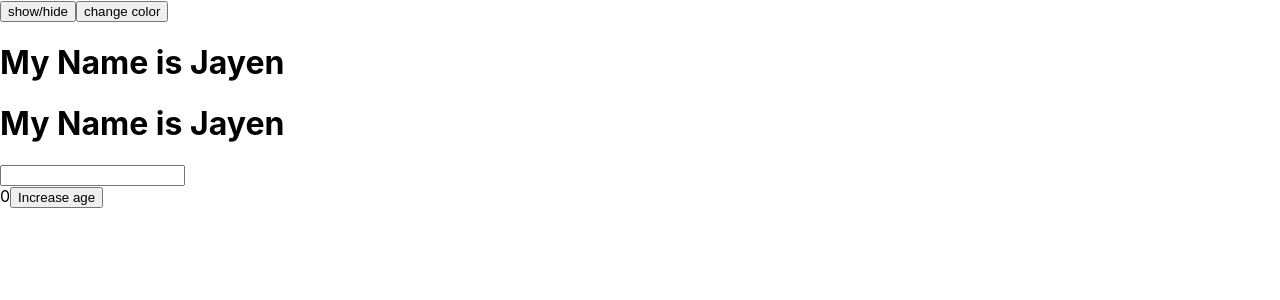
Repository: iamjayenmthakuri/todolist
Page: /
An editor plug-in stored every save of this project. The page is shown before and after the next save, followed by the edit.
The browser window is 1280 px wide. The pictures show the whole page.
The project was rebuilt for these pictures with package versions that can differ from the ones it lists, and the page was loaded fresh each time.

Above is the page before, as saved 2022-09-18 23:32:15.

After the next save:
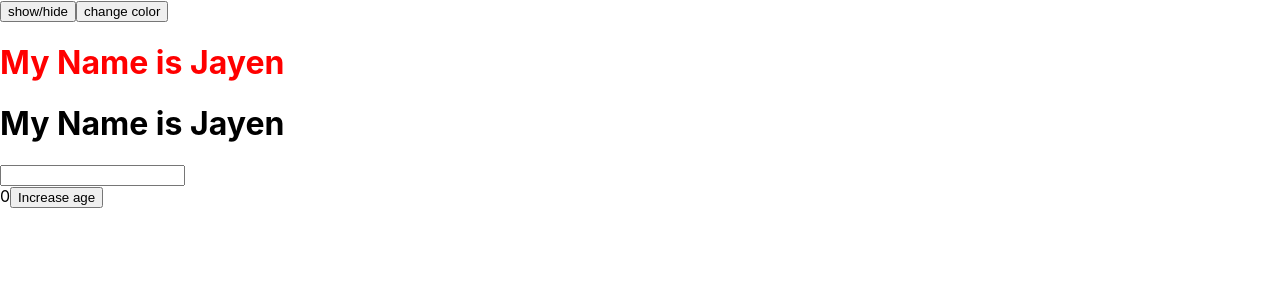
Saved 26 s later.
--- a/src/App.js
+++ b/src/App.js
@@ -24,7 +24,7 @@ const [textColor,setTextColor]=useState("red");
 
 
 </button>
-      <h1 style={{color:"black"}}>My Name is Jayen</h1>
+      <h1 style={{color:"red"}}>My Name is Jayen</h1>
   {showText && <h1>My Name is Jayen</h1>}
 
   <input type="text" onChange={handleInputChange} />
